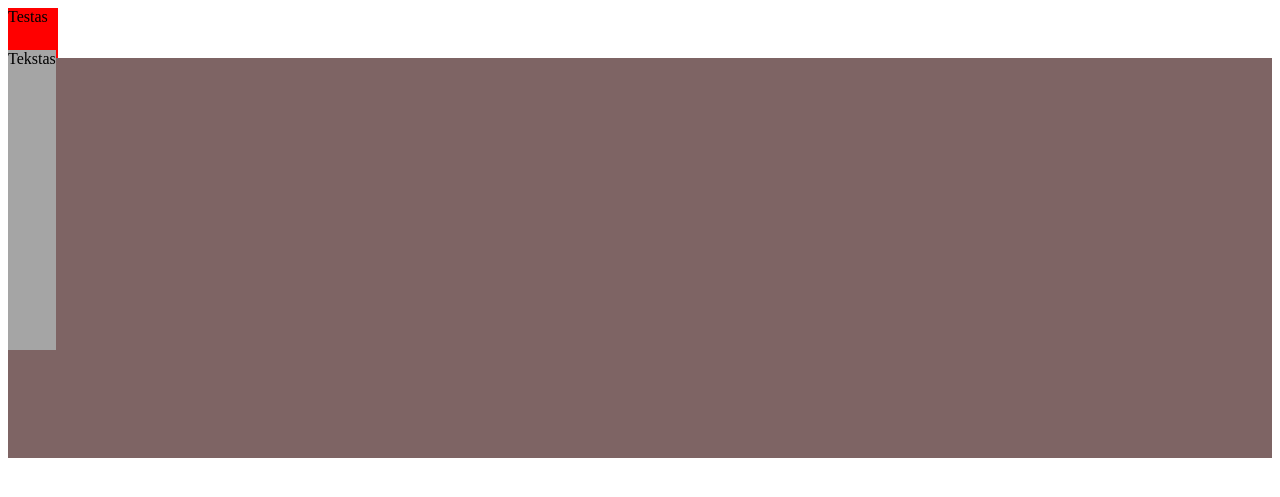
Repository: motiejus1/13-paskaita-05.31
Page: index.html
These files come from the project's save history. The page is drawn as it stood at one moment and after a run of saves; the edit follows.
The browser window is 1280 px wide. The pictures show the whole page.

Above is the page before, as saved 2021-06-21 19:30:12.

After the next 2 saves:
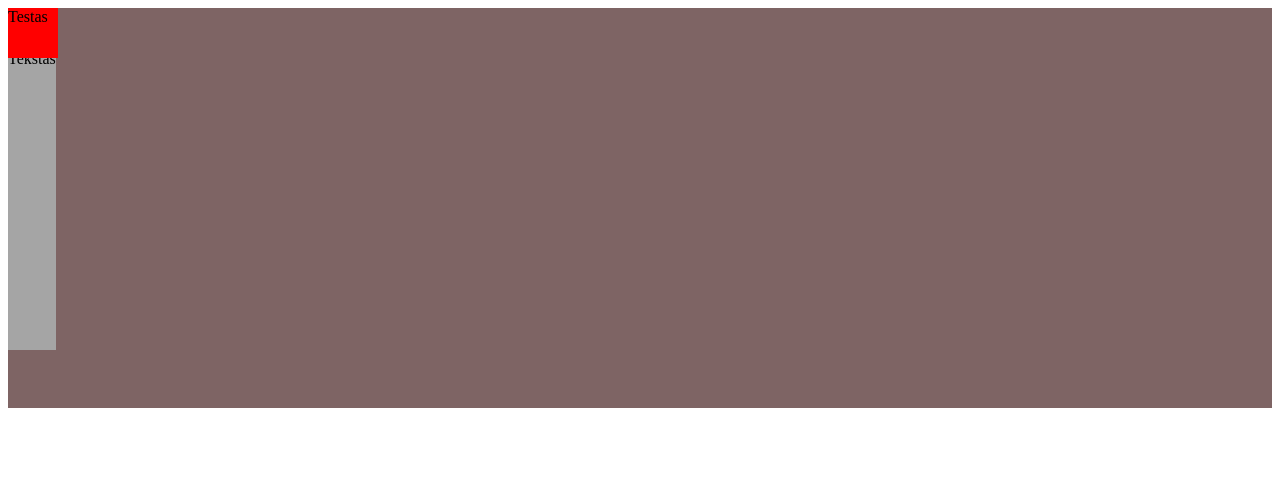
The 2 saves are shown as one change because they came seconds apart.
The last was saved 9 s later.
--- a/index.html
+++ b/index.html
@@ -16,7 +16,8 @@
         .kvadratelis {
             width: 50px;
             height: 50px;
-            background-color: red; ;
+            background-color: red;
+            position:absolute;
 
         }
 
